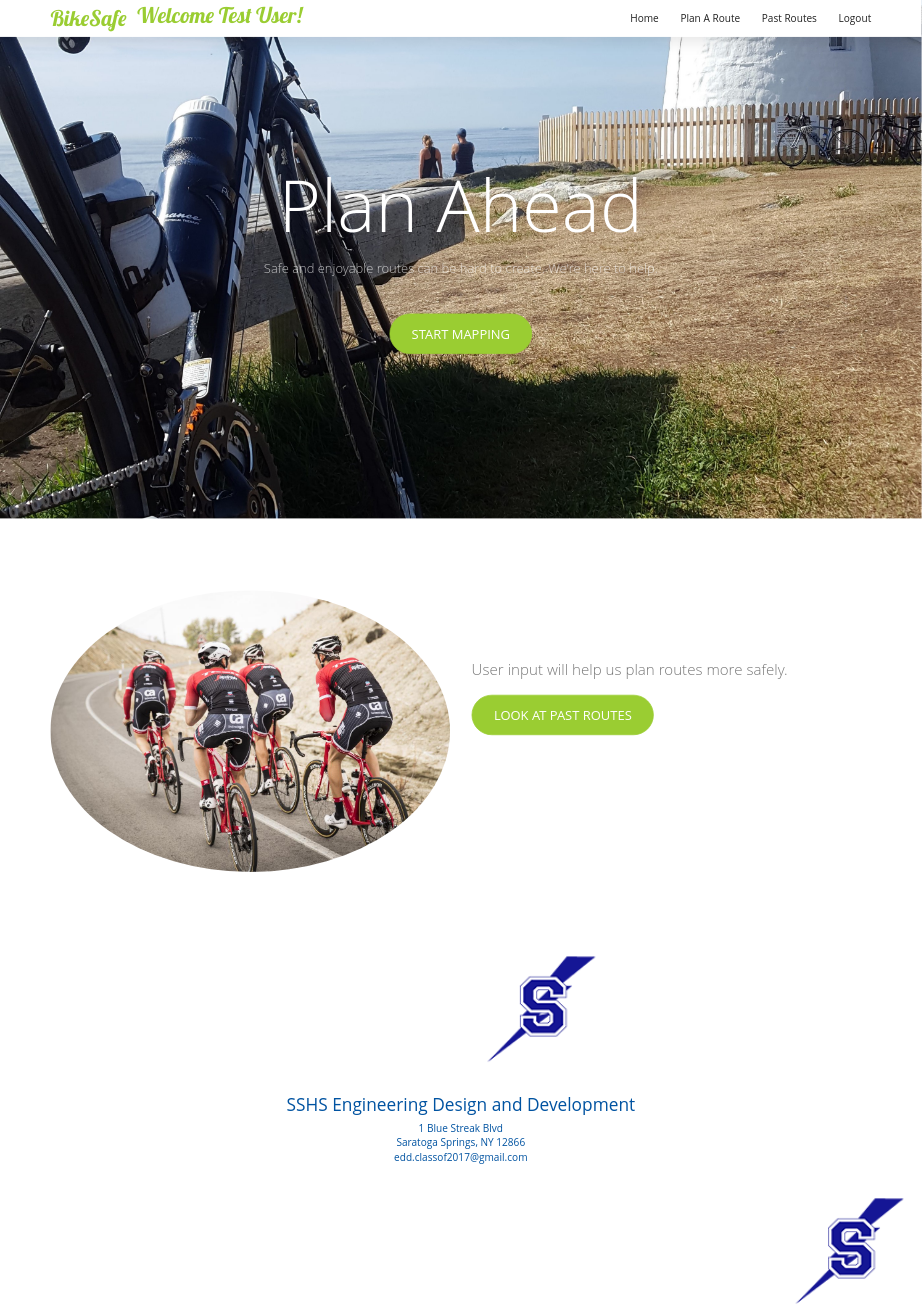
Repository: ahowe444/BikeSafely
Page: http://localhost/
The author's editor kept a record of every edit. The page is drawn from the files as they stood at one moment, then again after the next edit.
The browser window is 1280 px wide. The pictures show the whole page, at 72% of full size.
Some web libraries are served in a nearby version. The page is run by PHP 8.4 with error messages shown; the project is at /var/www/html/. The session is filled in as if someone had signed in: {"email": "test@example.com", "name": "Test User", "logged": true}. Other server files are loaded and not shown.

Above is the page before.

### index.php
<?php
    session_start();
    ?>

<!DOCTYPE html>
<!-- Template by Quackit.com -->
<!-- Images by various sources under the Creative Commons CC0 license and/or the Creative Commons Zero license.
Although you can use them, for a more unique website, replace these images with your own. -->
<html lang="en">

<head>

    <meta charset="utf-8">
    <meta http-equiv="X-UA-Compatible" content="IE=edge">
    <meta name="viewport" content="width=device-width, initial-scale=1">
    <!-- The above 3 meta tags *must* come first in the head; any other head content must come *after* these tags -->

    <title>BikeSafe</title>

    <!-- Bootstrap Core CSS -->
    <link href="css/bootstrap.min.css" rel="stylesheet">

    <!-- Custom CSS: You can use this stylesheet to override any Bootstrap styles and/or apply your own styles -->
    <link href="css/custom.css" rel="stylesheet">

    <!-- HTML5 Shim and Respond.js IE8 support of HTML5 elements and media queries -->
    <!-- WARNING: Respond.js doesn't work if you view the page via file:// -->
    <!--[if lt IE 9]>
        <script src="https://oss.maxcdn.com/libs/html5shiv/3.7.0/html5shiv.js"></script>
        <script src="https://oss.maxcdn.com/libs/respond.js/1.4.2/respond.min.js"></script>
    <![endif]-->

    <!-- Custom Fonts from Google -->
    <link href="https://fonts.googleapis.com/css?family=Lobster|Montserrat|Raleway" rel='stylesheet' type='text/css'>
    <script src="https://ajax.googleapis.com/ajax/libs/jquery/3.1.1/jquery.min.js"></script>

</head>

<body>

    <!-- Navigation -->
    <nav id="siteNav" class="navbar navbar-default navbar-fixed-top" role="navigation">
        <div class="container">
            <!-- Logo and responsive toggle -->
            <div class="navbar-header">
                <button type="button" class="navbar-toggle" data-toggle="collapse" data-target="#navbar">
                    <span class="sr-only">Toggle navigation</span>
                    <span class="icon-bar"></span>
                    <span class="icon-bar"></span>
                    <span class="icon-bar"></span>
                </button>
				<div class="logo">
                <a class="navbar-brand" href="index.php">
                	<span class="logo">BikeSafe</span>

                </a>
                <?php
                    if($_SESSION['logged']){
                        echo "Welcome " . $_SESSION['name'] . "!";
                    }
                ?>
				</div>
            </div>
            <!-- Navbar links -->
            <div class="collapse navbar-collapse" id="navbar">
                <ul class="nav navbar-nav navbar-right">
                    <li>
                        <a href="index.php">Home</a>
                    </li>
                    <?php
                    if($_SESSION['logged'])
                    {
                        echo "
                    <li>
                        <a href=\"backupplan2.php\">Plan A Route</a>
                    </li>";
                    }
                    else {
                        echo "
                         <li>
                            <a href=\"login.php\">Plan A Route</a>
                        </li>";
                        }
                    ?>
                    <?php
                    if($_SESSION['logged'])
                    {
                        echo "
                    <li>
                        <a href=\"loadingOldRoutes.php\">Past Routes</a>
                    </li>
                    ";
                    }
                    else {
                        echo "
                         <li>
                            <a href=\"login.php\">Past Routes</a>
                        </li>";
                        }
                    ?>
			    <?php
			        if(!$_SESSION['logged']){

			        echo "
					<li>

					    <a href = \"login.php\"> Login</a>
										</li>
					<li>
						<a href = \"createuser.php\">Create User</a>
						                </li>";
			        }
			    ?>

				<?php
				    if($_SESSION['logged']){

				    echo "<li><a href ='./connFiles/LoginMaterials/logout.php' id = \"logout\">Logout</a></li> ";
				    }
				?>
					<script src="https://ajax.googleapis.com/ajax/libs/jquery/3.1.1/jquery.min.js"></script>

                </ul>

            </div><!-- /.navbar-collapse -->
        </div><!-- /.container -->
    </nav>

	<!-- Header -->
    <header>
        <div class="header-content">
            <div class="header-content-inner">
                <h1>Plan Ahead</h1>
                <p>Safe and enjoyable routes can be hard to create. We're here to help.</p>
                <?php
                    if($_SESSION['logged'])
                    {
                        echo '<a href="backupplan2.php" class="btn btn-primary btn-lg">Start Mapping</a>';
                    }
                    else
                    {
                        echo '<a href="login.php" class = "btn btn-primary btn-lg">Start Mapping</a>';
                    }
                ?>

            </div>
        </div>
    </header>



	<!-- Content 1 -->
    <section class="content">
        <div class="container">
            <div class="row">
                <div class="col-sm-6">
                    <img class="img-responsive img-circle center-block" src="/images/TSF.jpg" alt="">
                </div>
                <div class="col-sm-6">
                	<h2 class="section-header">Look at your past routes to place tags and add comments for future users.</h2>
                	<p class="lead text-muted">User input will help us plan routes more safely.</p>
                	<?php
                	if($_SESSION['logged'])
                	{
                	    echo '<a href="loadingOldRoutes.php" class="btn btn-primary btn-lg">Look at Past Routes</a>';
                	}
                	else {
                	    echo '<a href="login.php" class = "btn btn-primary btn-lg">Look at Past Routes</a>';

                	}
                	?>
                </div>

            </div>
        </div>
    </section>

	<footer>   <link href="css/footer.css" rel="stylesheet">

       		<div class="footer-column" id="footer-Col1" style="margin-left: 17.5%; margin-right: 0px" >
				<div>
				<img src="images\footerLogo.jpg" alt="" width="150" height="160" border="20" />
                </div>
        	</div>

			<div class="footer-column" id="footer-Col2">

                <address>
                    <h3>SSHS Engineering Design and Development</h3>

                    1 Blue Streak Blvd <br />Saratoga Springs, NY 12866 <br />edd.classof2017@gmail.com

                </address>

        	</div>
        		<div class="footer-column" id="footer-Col3" >
				<div>
				<img src="images\footerLogo.jpg" alt="" width="150" height="160" border="0" />
                </div>
        	</div>
	    </div>
    </footer>



	<!-- Footer -->


    <!-- jQuery -->
    <script src="js/jquery-1.11.3.min.js"></script>

    <!-- Bootstrap Core JavaScript -->
    <script src="js/bootstrap.min.js"></script>

    <!-- Plugin JavaScript -->
    <script src="js/jquery.easing.min.js"></script>

    <!-- Custom Javascript -->
    <script src="js/custom.js"></script>

</body>

</html>

### css/custom.css
html,
body {
    width: 100%;
    height: 100%;
    font-family: 'Open Sans','Helvetica Neue',Arial,sans-serif;
}

.logo{
	font-family:lobster;
	color: yellowgreen;
	font-size: 30px;
}

a {
    color: yellowgreen;
    -webkit-transition: all .35s;
    -moz-transition: all .35s;
    transition: all .35s;
}

a:hover,
a:focus {
    color: forestgreen;
}

p {
    font-size: 16px;
    line-height: 1.5;
}

header {
    position: relative;
    width: 100%;
    min-height: auto;
    text-align: center;
    color: #fff;
    background-image: url('../images/pemaquid.jpg');
	display:block;
	background-repeat:no-repeat;
    background-position: center;
    -webkit-background-size: cover;
    -moz-background-size: cover;
    background-size: cover;
	background-position;right top;
    -o-background-size: cover;
}

header .header-content {
    position: relative;
    width: 100%;
    padding: 100px 15px 70px;
    text-align: center;
}

header .header-content .header-content-inner h1 {
    margin-top: 0;
    margin-bottom: 20px;
    font-size: 50px;
    font-weight: 300;
    }

header .header-content .header-content-inner p {
    margin-bottom: 50px;
    font-size: 16px;
    font-weight: 300;
    color: rgba(255,255,255,.7);
}

@media(min-width:768px) {
    header {
        min-height: 100%;
    }

    header .header-content {
        position: absolute;
        top: 50%;
        padding: 0 50px;
        -webkit-transform: translateY(-50%);
        -ms-transform: translateY(-50%);
        transform: translateY(-50%);
    }

    header .header-content .header-content-inner {
        margin-right: auto;
        margin-left: auto;
        max-width: 1000px;
    }

	header .header-content .header-content-inner h1 {
    	font-size: 100px;
    			}

    header .header-content .header-content-inner p {
        margin-right: auto;
        margin-left: auto;
        max-width: 80%;
        font-size: 18px;
    }
}

.section-heading {
    margin-top: 0;
    margin-bottom: 20px;
}

.intro {
	color: #fff;
    background-color: yellowgreen;
    padding: 70px 0;
    text-align: center;
}

.content {
    padding: 100px 0;
}

.content-2 {
	color: #fff;
    background-color: #222;
}

.content-3 {
	padding: 20px 0 40px;
	text-align: center;
}

.promo,
.promo h3,
.promo a:link,
.promo a:visited,
.promo a:hover,
.promo a:active {
    color: white;
	text-shadow: 0px 0px 40px black;
    text-decoration: none;
}

.promo-item {
    height: 200px;
    line-height: 180px;
    text-align: center;
}

.promo-item:hover {
    background-size: 110%;
    border: 10px solid rgba(255,255,255,0.3);
    line-height: 160px;
}

.promo-item h3 {
    font-size: 40px;
    display: inline-block;
    vertical-align: middle;
}

.item-1 {
	background: url('../images/writing.jpg');
	}

.item-2 {
	background: url('../images/concert.jpg');
	}

.item-3 {
	background: url('../images/pencil_sharpener.jpg');
	}

.item-1,
.item-2,
.item-3 {
	background-size: cover;
	background-position: 50% 50%;
	}

.page-footer {
	text-align: center;
	}

.page-footer .contact {
	padding: 100px 0;
	background-color: yellowgreen;
	color: #fff;
	}

.page-footer .contact p {
	font-size: 22px;
	font-weight: 300;
	}

.content-3 .glyphicon,
.page-footer .contact .glyphicon {
	font-size: 32px;
	font-weight: 700;
	}

.page-footer .small-print {
	padding: 50px 0 40px;
	font-weight: 300;
	}

.text-light {
    color: rgba(255,255,255,.7);
}

.navbar-default {
    border-color: rgba(34,34,34,.05);
    background-color: #fff;
    -webkit-transition: all .35s;
    -moz-transition: all .35s;
    transition: all .35s;
}

.navbar-default .navbar-header .navbar-brand {
    color: yellowgreen;
}

.navbar-default .navbar-header .navbar-brand:hover,
.navbar-default .navbar-header .navbar-brand:focus {
    color: #eb3812;
}

.navbar-default .nav > li>a,
.navbar-default .nav>li>a:focus {
    color: #222;
}

.navbar-default .nav > li>a:hover,
.navbar-default .nav>li>a:focus:hover {
    color: yellowgreen;
}

.navbar-default .nav > li.active>a,
.navbar-default .nav>li.active>a:focus {
    color: yellowgreen!important;
    background-color: transparent;
}

.navbar-default .nav > li.active>a:hover,
.navbar-default .nav>li.active>a:focus:hover {
    background-color: white;
}

@media(min-width:768px) {
    .navbar-default {
        border-color: rgba(255,255,255,.3);
        background-color: transparent;
    }

    .navbar-default .navbar-header .navbar-brand {
        color: rgba(255,255,255,.7);
        letter-spacing: 0.5em;
    }

    .navbar-default .navbar-header .navbar-brand:hover,
    .navbar-default .navbar-header .navbar-brand:focus {
        color: #fff;
    }

    .navbar-default .nav > li>a,
    .navbar-default .nav>li>a:focus {
        color: rgba(255,255,255,.7);
    }

    .navbar-default .nav > li>a:hover,
    .navbar-default .nav>li>a:focus:hover {
        color: #fff;
    }

    .navbar-default.affix {
        border-color: #fff;
        background-color: #fff;
        box-shadow: 0px 7px 20px 0px rgba(0,0,0,0.1);
    }

    .navbar-default.affix .navbar-header .navbar-brand {
        letter-spacing: 0;
        color: yellowgreen;
    }

    .navbar-default.affix .navbar-header .navbar-brand:hover,
    .navbar-default.affix .navbar-header .navbar-brand:focus {
        color: #eb3812;
    }

    .navbar-default.affix .nav > li>a,
    .navbar-default.affix .nav>li>a:focus {
        color: #222;
    }

    .navbar-default.affix .nav > li>a:hover,
    .navbar-default.affix .nav>li>a:focus:hover {
        color: yellowgreen;
    }
}

.btn-default {
    border-color: #fff;
    color: #222;
    background-color: #fff;
    -webkit-transition: all .35s;
    -moz-transition: all .35s;
    transition: all .35s;
}

.btn-default:hover,
.btn-default:focus,
.btn-default.focus,
.btn-default:active,
.btn-default.active,
.open > .dropdown-toggle.btn-default {
    border-color: #eee;
    color: #222;
    background-color: #eee;
}

.btn-default:active,
.btn-default.active,
.open > .dropdown-toggle.btn-default {
    background-image: none;
}

.btn-default.disabled,
.btn-default[disabled],
fieldset[disabled] .btn-default,
.btn-default.disabled:hover,
.btn-default[disabled]:hover,
fieldset[disabled] .btn-default:hover,
.btn-default.disabled:focus,
.btn-default[disabled]:focus,
fieldset[disabled] .btn-default:focus,
.btn-default.disabled.focus,
.btn-default[disabled].focus,
fieldset[disabled] .btn-default.focus,
.btn-default.disabled:active,
.btn-default[disabled]:active,
fieldset[disabled] .btn-default:active,
.btn-default.disabled.active,
.btn-default[disabled].active,
fieldset[disabled] .btn-default.active {
    border-color: #fff;
    background-color: #fff;
}

.btn-default .badge {
    color: #fff;
    background-color: #222;
}

.btn-primary {
    border-color: yellowgreen;
    color: #fff;
    background-color: yellowgreen;
    -webkit-transition: all .35s;
    -moz-transition: all .35s;
    transition: all .35s;
}

.btn-primary:hover,
.btn-primary:focus,
.btn-primary.focus,
.btn-primary:active,
.btn-primary.active,
.open > .dropdown-toggle.btn-primary {
    border-color: limegreen;
    color: #fff;
    background-color: limegreen;
}

.btn-primary:active,
.btn-primary.active,
.open > .dropdown-toggle.btn-primary {
    background-image: none;
}

.btn-primary.disabled,
.btn-primary[disabled],
fieldset[disabled] .btn-primary,
.btn-primary.disabled:hover,
.btn-primary[disabled]:hover,
fieldset[disabled] .btn-primary:hover,
.btn-primary.disabled:focus,
.btn-primary[disabled]:focus,
fieldset[disabled] .btn-primary:focus,
.btn-primary.disabled.focus,
.btn-primary[disabled].focus,
fieldset[disabled] .btn-primary.focus,
.btn-primary.disabled:active,
.btn-primary[disabled]:active,
fieldset[disabled] .btn-primary:active,
.btn-primary.disabled.active,
.btn-primary[disabled].active,
fieldset[disabled] .btn-primary.active {
    border-color: yellowgreen;
    background-color: yellowgreen;
}

.btn-primary .badge {
    color: yellowgreen;
    background-color: #fff;
}


.btn {
    border-radius: 300px;
    text-transform: uppercase;
}

.btn-lg {
    padding: 15px 30px;
}

::-moz-selection {
    text-shadow: none;
    color: #fff;
    background: #222;
}

::selection {
    text-shadow: none;
    color: #fff;
    background: #222;
}

img::selection {
    color: #fff;
    background: 0 0;
}

img::-moz-selection {
    color: #fff;
    background: 0 0;
}

.text-primary {
    color: yellowgreen;
}

.bg-primary {
    background-color: yellowgreen;
}
#siteNav {
    background-color : white;
    color : white;
}
.container{
    color : white;
    background-color : white;
}

### css/footer.css
 #footer {
     width: auto;
     font-size: 12px;
     line-height: 24px;
     min-height: 200px;
     min-width:1010px;
     margin: 0 auto;
     padding:20px 0;
     text-align: center;
     background-color:#CCCCCC;
     color:#0053A1;}
#footerContainer {
    width: 1000px;
    margin: 0 auto;
    height:auto;
    overflow:auto;}

.footer-column{
    text-align: center;
    position: relative;
    margin:0;
    padding: 10px 25px;}
	#footer-Col1 {}
	#footer-Col2 {color:#0053A1; float: center;}
    #footer-Col3 {float: right; }

#footer ul { margin:0; padding:0;}
#footer li {list-style: none; margin-bottom: 10px; padding-left:30px;}

### js/custom.js
// Offset for Site Navigation
$('#siteNav').affix({
	offset: {
		top: -100
	}
})

Loaded but not shown: css/bootstrap.min.css (library); js/jquery-1.11.3.min.js (library); js/bootstrap.min.js (library); js/jquery.easing.min.js (library)

After the next edit:
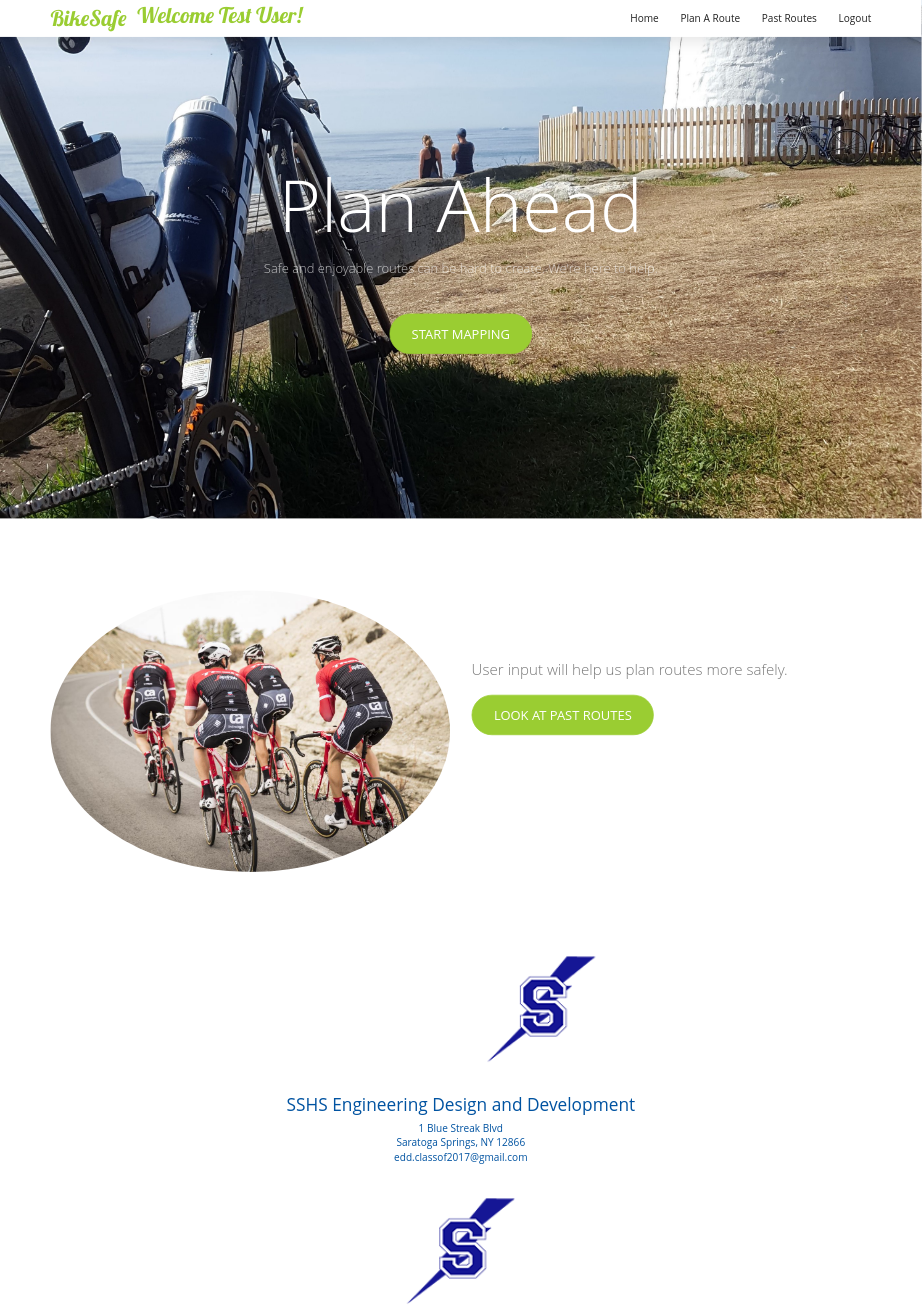
The edit:
--- a/css/footer.css
+++ b/css/footer.css
@@ -22,7 +22,7 @@
     padding: 10px 25px;}
 	#footer-Col1 {}
 	#footer-Col2 {color:#0053A1; float: center;}
-    #footer-Col3 {float: right; }
+    #footer-Col3 {}
 
 #footer ul { margin:0; padding:0;}
 #footer li {list-style: none; margin-bottom: 10px; padding-left:30px;}
